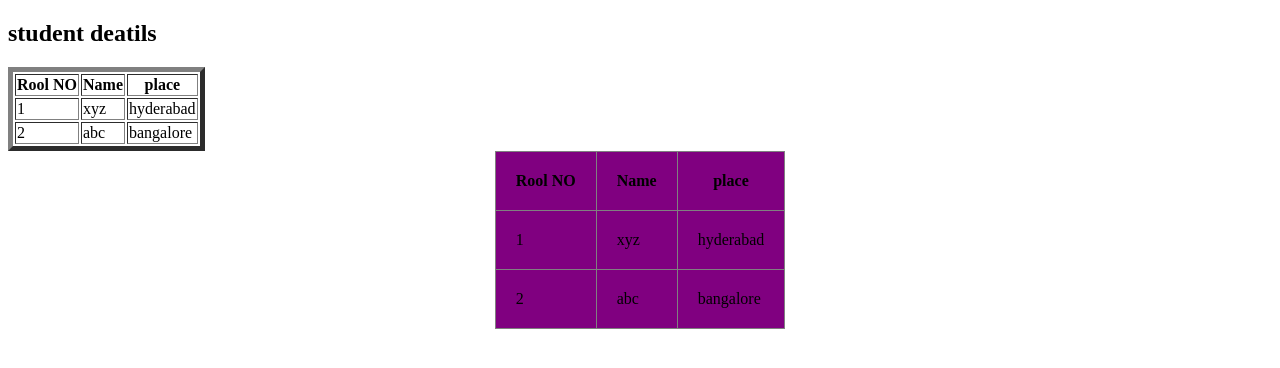
Repository: viveknaidu007/repo-113-HTML
Page: 3.html
The author's editor kept a copy of each file at every save. The page is drawn from the files as they stood at one save, then again after the next save.
The browser window is 1280 px wide. The pictures show the whole page.

Above is the page before, as saved 2024-06-10 19:57:27.

### 3.html
<!DOCTYPE html>
<html>
    <head>
        <title> Table Demo </title>
    </head>

    <body>
        <h2> student deatils</h2>
        <table border="5">

            <tr>
                <th> Rool NO</th>
                <th> Name</th>
                <th> place</th>
            </tr>

            <tr>
                <td>1</td>
                <td>xyz</td>
                <td>hyderabad</td>
            </tr>

            <tr>
                <td>2</td>
                <td>abc</td>
                <td>bangalore</td>
            </tr>

        </table>

        <table border="1" style="border-collapse:collapse" cellpadding="20" cellspacing="5" align="center" bgcolor="purple">

            <tr>
                <th> Rool NO</th>
                <th> Name</th>
                <th> place</th>
            </tr>

            <tr>
                <td>1</td>
                <td>xyz</td>
                <td>hyderabad</td>
            </tr>

            <tr>
                <td>2</td>
                <td>abc</td>
                <td>bangalore</td>
            </tr>

        </table>

    </body>
</html>

After the next save:
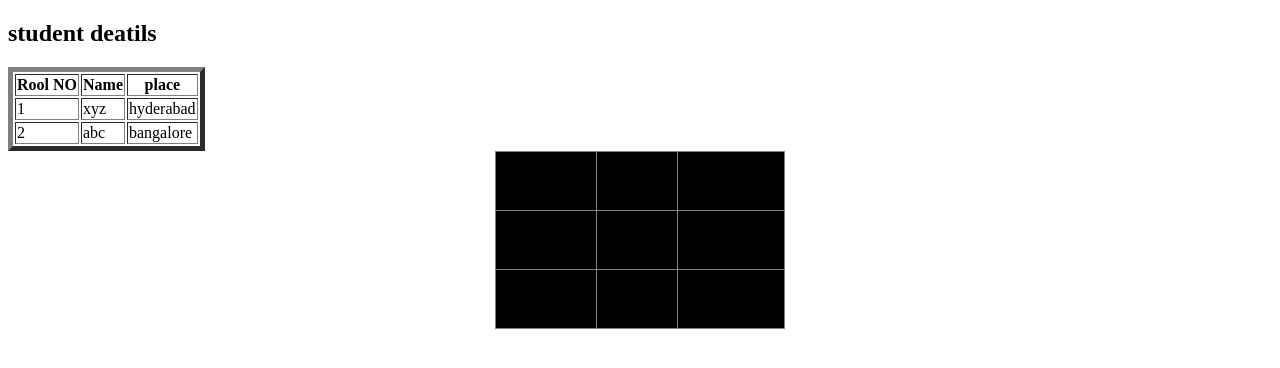
Saved 8 s later.
--- a/3.html
+++ b/3.html
@@ -28,7 +28,7 @@
 
         </table>
 
-        <table border="1" style="border-collapse:collapse" cellpadding="20" cellspacing="5" align="center" bgcolor="purple">
+        <table border="1" style="border-collapse:collapse" cellpadding="20" cellspacing="5" align="center" bgcolor="black">
 
             <tr>
                 <th> Rool NO</th>
